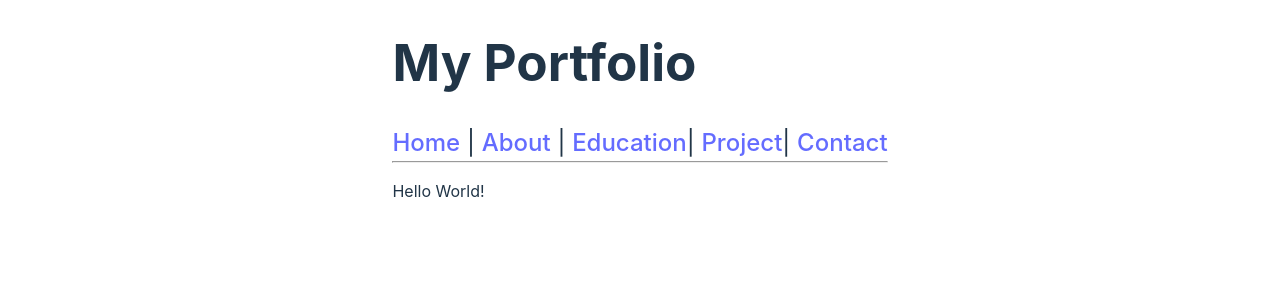
Repository: Eddie000321/portfolio
Page: / (app in client/)
The author's editor kept a copy of each file at every save. The page is drawn from the files as they stood at one save, then again after the next save.
The browser window is 1280 px wide. The pictures show the whole page.
The project was rebuilt for these pictures with package versions that can differ from the ones it lists, and the page was loaded fresh each time. Also part of the build but not shown: client/vite.config.js, client/src/about.jsx, client/src/contact.jsx, client/src/education.jsx, client/src/project.jsx.

Above is the page before, as saved 2025-05-10 09:30:26.

### client/src/index.css
:root {
  font-family: Inter, system-ui, Avenir, Helvetica, Arial, sans-serif;
  line-height: 1.5;
  font-weight: 400;
  color-scheme: light dark;
  color: rgba(255, 255, 255, 0.87);
  background-color: #242424;
  font-synthesis: none;
  text-rendering: optimizeLegibility;
  -webkit-font-smoothing: antialiased;
  -moz-osx-font-smoothing: grayscale;
}

a {
  font-weight: 500;
  color: #646cff;
  text-decoration: inherit;
}

a:hover {
  color: #535bf2;
}

body {
  margin: auto;

  place-items: center;
  width: 980px;
}

h1 {
  font-size: 3.2em;
  line-height: 1.1;
}

button {
  border-radius: 8px;
  border: 1px solid transparent;
  padding: 0.6em 1.2em;
  font-size: 1em;
  font-weight: 500;
  font-family: inherit;
  background-color: #1a1a1a;
  cursor: pointer;
  transition: border-color 0.25s;
}

button:hover {
  border-color: #646cff;
}

button:focus,
button:focus-visible {
  outline: 4px auto -webkit-focus-ring-color;
}

@media (prefers-color-scheme: light) {
  :root {
    color: #213547;
    background-color: #ffffff;
  }

  a:hover {
    color: #747bff;
  }

  button {
    background-color: #f9f9f9;
  }
}

nav {
  float: right;
  font-size: x-large;
}

### client/src/App.jsx
import React from "react";
import { BrowserRouter as Router } from "react-router-dom";
import MainRouter from "../MainRouter";

const App = () => {
  return (
    <Router>
      <MainRouter />
    </Router>
  );
};

export default App;

### client/MainRouter.jsx
import React from "react";
import { Route, Routes } from "react-router-dom";
import Home from "./components/Home";
import About from "./src/about";
import Contact from "./src/contact";
import Education from "./src/education";
import Project from "./src/project";
import Layout from "./components/Layout";

const MainRouter = () => {
  return (
    <div>
      <Layout />
      <Routes>
        <Route exact path="/" element={<Home />} />
        <Route exact path="/about" element={<About />} />
        <Route exact path="/education" element={<Education />} />
        <Route exact path="/project" element={<Project />} />
        <Route exact path="/contact" element={<Contact />} />
      </Routes>
    </div>
  );
};
export default MainRouter;

### client/components/Home.jsx
export default function Home() {
  return <p>Hello World!</p>;
}

### client/components/Layout.jsx
import React from "react";
import { Link } from "react-router-dom";

export default function Layout() {
  return (
    <>
      <h1>My Portfolio</h1>
      <nav>
        <Link to="/">Home</Link> | <Link to="/about">About</Link> |{" "}
        <Link to="/education">Education</Link>|{" "}
        <Link to="/project">Project</Link>| <Link to="/contact">Contact</Link>
      </nav>
      <br />
      <hr />
    </>
  );
}

Loaded but not shown: client/index.html (common file); client/src/main.jsx (common file)

After the next save:
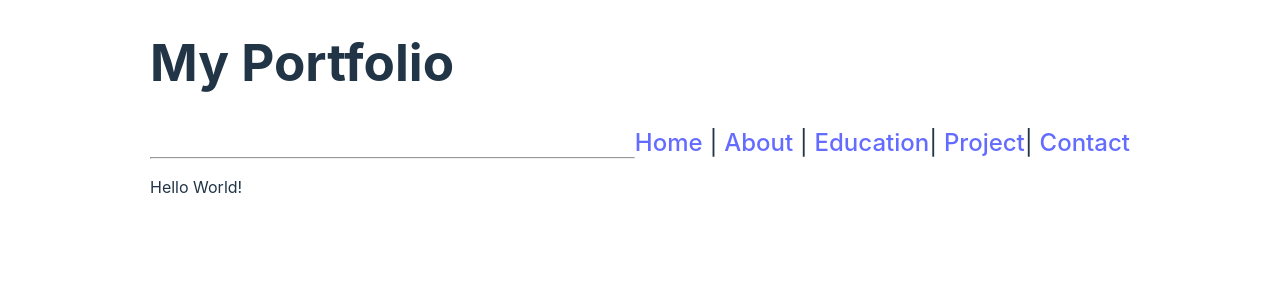
Saved 2 min 29 s later.
--- a/client/src/index.css
+++ b/client/src/index.css
@@ -23,8 +23,6 @@ a:hover {
 
 body {
   margin: auto;
-
-  place-items: center;
   width: 980px;
 }
 
